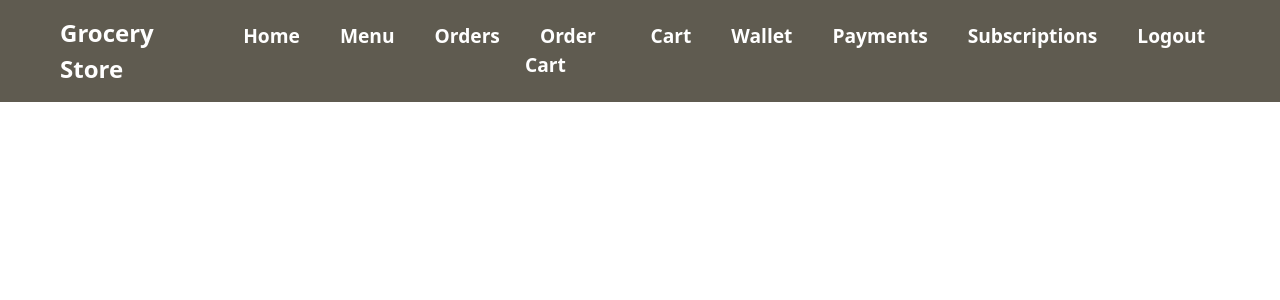
Repository: NagaMounikaY/GroceriesSubscriptionBookingManagement
Page: http://localhost/GroceriesSubBookingSystem/customerHeader.jsp
An editor plug-in stored every save of this project. The page is shown before and after the next save, followed by the edit.
The browser window is 1280 px wide. The pictures show the whole page.
The page is served by Tomcat 9. Other server files are loaded and not shown.

Above is the page before, as saved 2024-09-17 09:54:38.

### GroceriesSubBookingSystem/src/main/webapp/customerHeader.jsp
<%@ page language="java" contentType="text/html; charset=ISO-8859-1"
    pageEncoding="ISO-8859-1" isELIgnored="false"%>
<!DOCTYPE html PUBLIC "-//W3C//DTD HTML 4.01 Transitional//EN" "http://www.w3.org/TR/html4/loose.dtd">
<html>
<head>
<meta http-equiv="Content-Type" content="text/html; charset=ISO-8859-1">
<title>Courier Booking System</title>
<link href="https://stackpath.bootstrapcdn.com/bootstrap/5.3.0/css/bootstrap.min.css" rel="stylesheet">
<link rel="stylesheet" href="https://cdnjs.cloudflare.com/ajax/libs/font-awesome/4.7.0/css/font-awesome.min.css">
<style>
/* Header */
header {
    background: rgba(56, 51, 37, 0.8);
    color: #fff;
    padding: 15px 0;
    position: fixed;
    width: 100%;
    top: 0;
    left: 0;
    z-index: 1000;
}

header .container {
    display: flex;
    justify-content: space-between;
    align-items: center;
    max-width: 1200px;
    margin: 0 auto;
    padding: 0 20px;
}

header .logo {
    font-size: 1.5em; /* Increased size for the logo */
    font-weight: bold;
}

header nav {
    flex-grow: 1;
}

header nav ul {
    list-style: none;
    display: flex;
    justify-content: flex-end;
    margin: 0;
    padding: 0;
}

header nav ul li {
    margin-left: 10px;
}

header nav ul li a {
    color: #fff;
    text-decoration: none;
    padding: 10px 15px; /* Increased padding for better click area */
    font-size: 1.2em; /* Increased font size for navigation links */
    border-radius: 5px;
}

header nav ul li a:hover {
    background: #dd4545;
}
</style>
</head>
<body>
  <!-- Header -->
    <header>
        <div class="container">
            <div class="logo">Grocery Store</div>
            <nav>
                <ul>
                    <li><a href="${pageContext.request.contextPath}/home.jsp"><strong>Home</strong></a></li>
                    <li><a href="${pageContext.request.contextPath}/groceries/list"><strong>Menu</strong></a></li>
                    <li><a href="${pageContext.request.contextPath}/orders/viewOrders"><strong>Orders</strong></a></li>
                    <li><a href="${pageContext.request.contextPath}/orders/cart"><strong>Order Cart</strong></a></li>
                    <li><a href="${pageContext.request.contextPath}/subscription/subcart"><strong>Cart</strong></a></li>
                    <li><a href="${pageContext.request.contextPath}/wallets/wallet"><strong>Wallet</strong></a></li>
                    <li><a href="${pageContext.request.contextPath}/payment/history"><strong>Payments</strong></a></li>
                    <li><a href="${pageContext.request.contextPath}/subscription/subscriptionlist"><strong>Subscriptions</strong></a></li>
                    <li><a href="${pageContext.request.contextPath}/home.jsp"><strong>Logout</strong></a></li>
                </ul>
            </nav>
        </div>
    </header>

    <script src="https://code.jquery.com/jquery-3.5.1.slim.min.js"></script>
    <script src="https://cdn.jsdelivr.net/npm/@popperjs/core@2.11.6/dist/umd/popper.min.js"></script>
    <script src="https://stackpath.bootstrapcdn.com/bootstrap/5.3.0/js/bootstrap.bundle.min.js"></script>
</body>
</html>

After the next save:
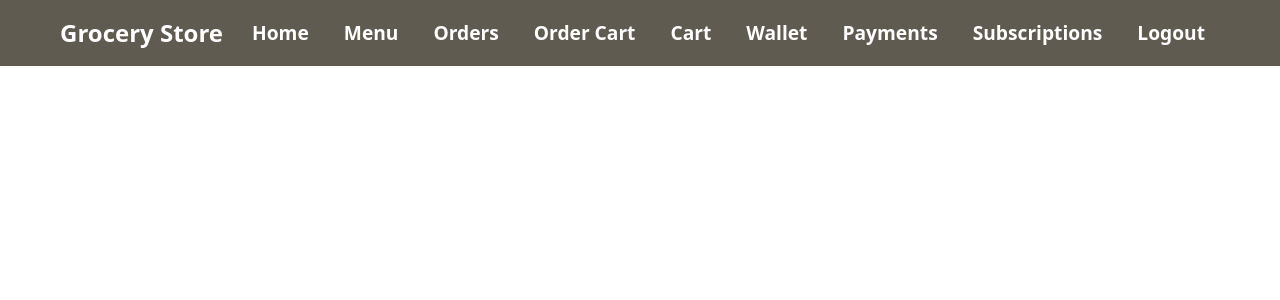
Saved 117 s later.
--- a/GroceriesSubBookingSystem/src/main/webapp/customerHeader.jsp
+++ b/GroceriesSubBookingSystem/src/main/webapp/customerHeader.jsp
@@ -47,7 +47,7 @@
 }
 
 header nav ul li {
-    margin-left: 10px;
+    margin-left: 05px;
 }
 
 header nav ul li a {
